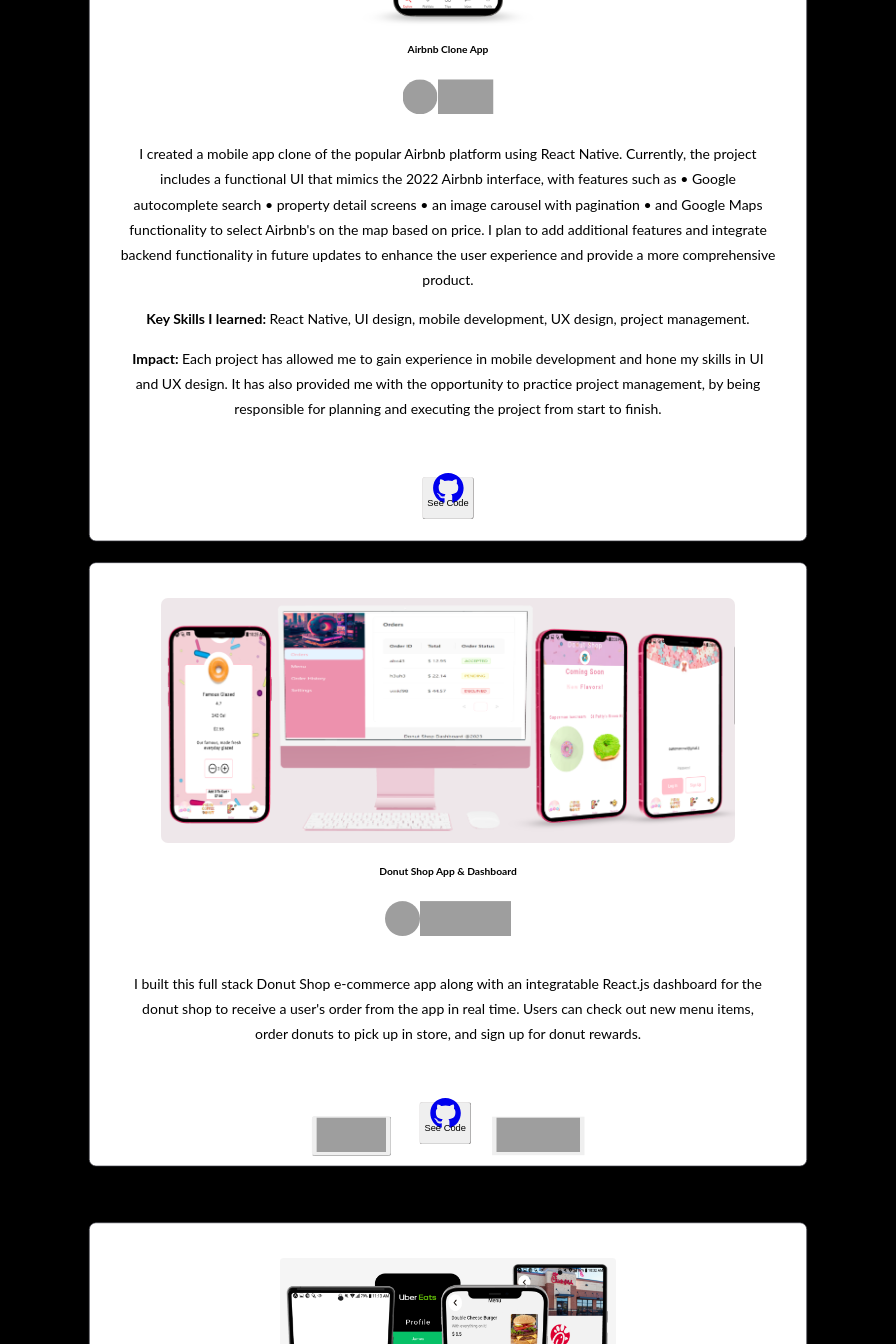
Repository: JamesPesenti/portfolio
Page: /
The author's editor kept a copy of each file at every save. The page is drawn from the files as they stood at one save, then again after a run of saves.
The browser window is 1280 px wide. The pictures show the part of the page from y = 1865 to 3785 px (the page is 6929 px tall), at 70% of full size.
Pictures or frames that could not be fetched are drawn as grey boxes. The project was rebuilt for these pictures with package versions that can differ from the ones it lists, and the page was loaded fresh each time. Imported but missing from the stored project, and not drawn on this page: src/Components/James Pesenti Resume 2023.pdf.

Above is the page before, as saved 2023-05-05 17:01:04.

After the next 2 saves:
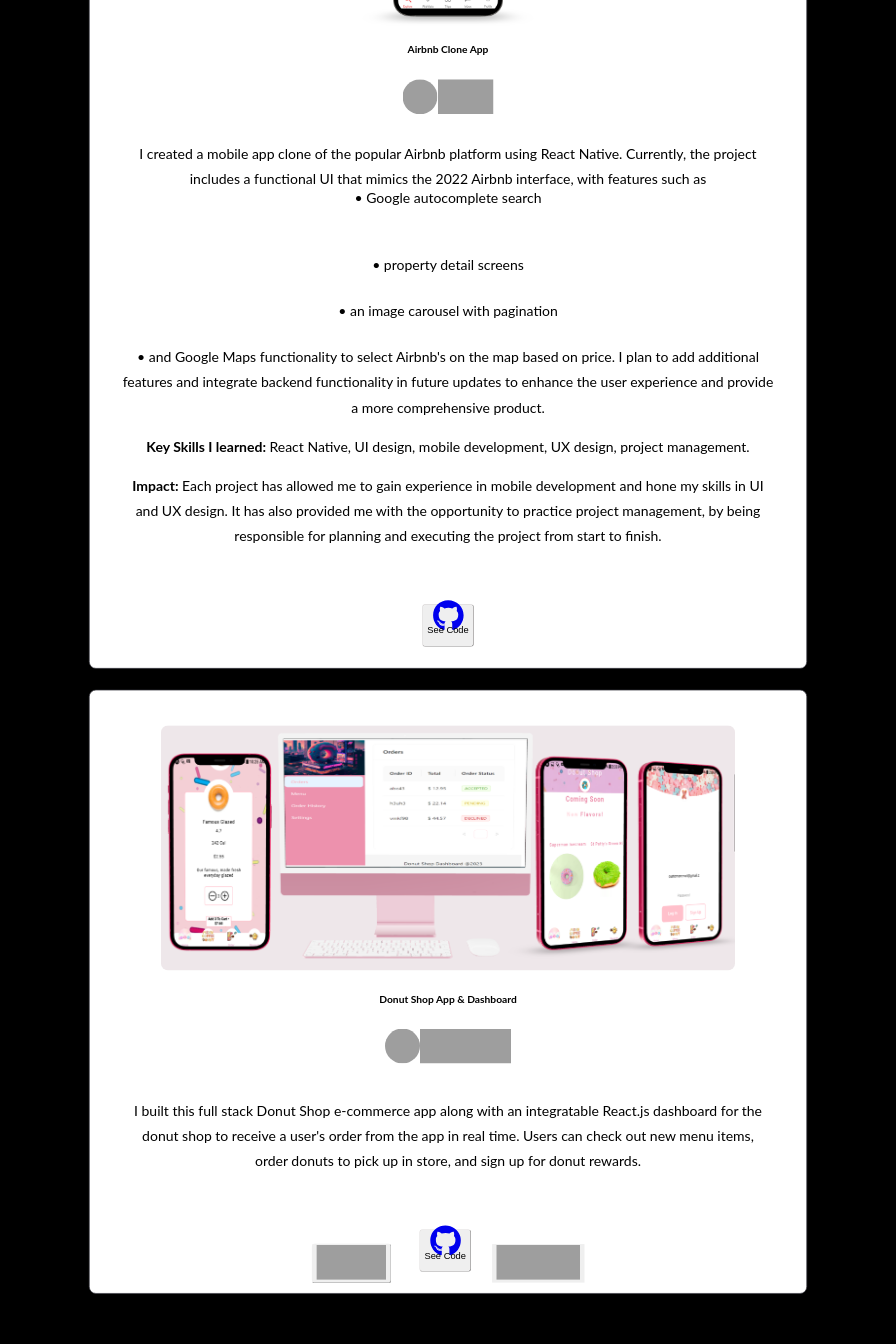
The 2 saves are shown as one change because 1 did not build or start.
The last was saved 104 s later.
--- a/src/Components/MyProjects.jsx
+++ b/src/Components/MyProjects.jsx
@@ -22,11 +22,11 @@
                   <img style={{width: 80, height: 50, }} src="https://www.datocms-assets.com/45470/1631026680-logo-react-native.png"  />
                   {/* <img style={{width: 50, height: 50, }} src="https://pbs.twimg.com/profile_images/1114309924551417856/FKA4cm2x_400x400.png"  /> */}
                 </div>
-            <p style={{fontSize: 20, textAlign: 'center', padding: 40, marginBottom: -70}}>I created a mobile app clone of the popular Airbnb platform using React Native. Currently, the project includes a functional UI that mimics the 2022 Airbnb interface, with features such as
-            &#8226; Google autocomplete search
-            &#8226; property detail screens
-            &#8226; an image carousel with pagination
-            &#8226; and Google Maps functionality to select Airbnb's on the map based on price. I plan to add additional features and integrate backend functionality in future updates to enhance the user experience and provide a more comprehensive product.</p>
+            <p style={{fontSize: 20, textAlign: 'center', padding: 40, marginBottom: -70}}>I created a mobile app clone of the popular Airbnb platform using React Native. Currently, the project includes a functional UI that mimics the 2022 Airbnb interface, with features such as</p>
+            <p style={{fontSize: 20, textAlign: 'center', padding: 0}}>&#8226; Google autocomplete search</p>
+            <p style={{fontSize: 20, textAlign: 'center', padding: 40, marginBottom: -70}}>&#8226; property detail screens</p>
+            <p style={{fontSize: 20, textAlign: 'center', padding: 40, marginBottom: -70}}>&#8226; an image carousel with pagination</p>
+            <p style={{fontSize: 20, textAlign: 'center', padding: 40, marginBottom: -70}}> &#8226; and Google Maps functionality to select Airbnb's on the map based on price. I plan to add additional features and integrate backend functionality in future updates to enhance the user experience and provide a more comprehensive product.</p>
             <p style={{fontSize: 20, textAlign: 'center', padding: 30, marginBottom: -80}}><b> Key Skills I learned: </b>React Native, UI design, mobile development, UX design, project management.</p>
             <p style={{fontSize: 20, textAlign: 'center', padding: 50}}><b> Impact: </b> Each project has allowed me to gain experience in mobile development and hone my skills in UI and UX design. It has also provided me with the opportunity to practice project management, by being responsible for planning and executing the project from start to finish.</p>
 
